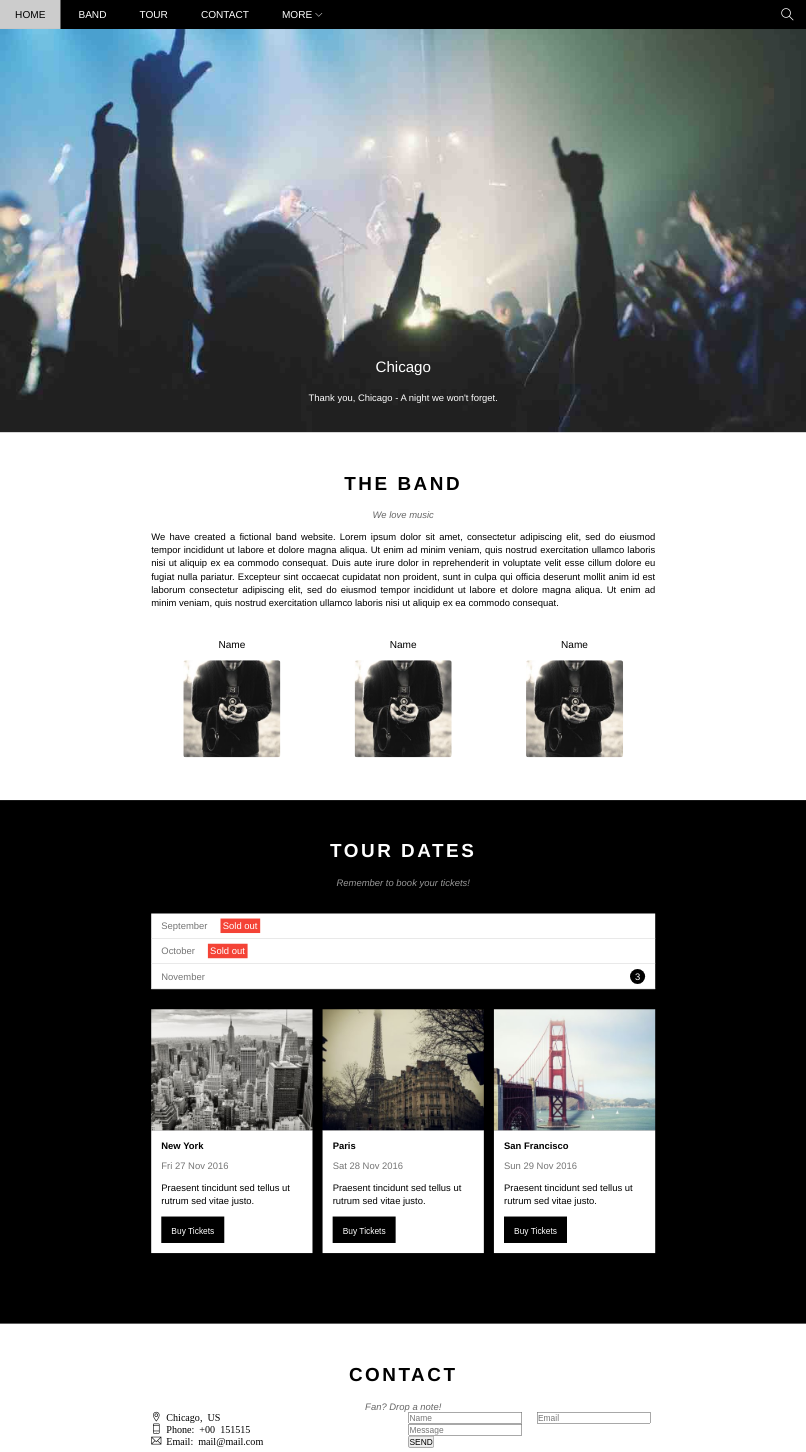
Repository: phongngotrong/w3school_reup
Page: index.html
These files come from the project's save history. The page is drawn as it stood at one moment and after the next save; the edit follows.
The browser window is 1280 px wide. The pictures show the whole page, at 63% of full size.

Above is the page before, as saved 2021-12-22 22:30:20.

After the next save:
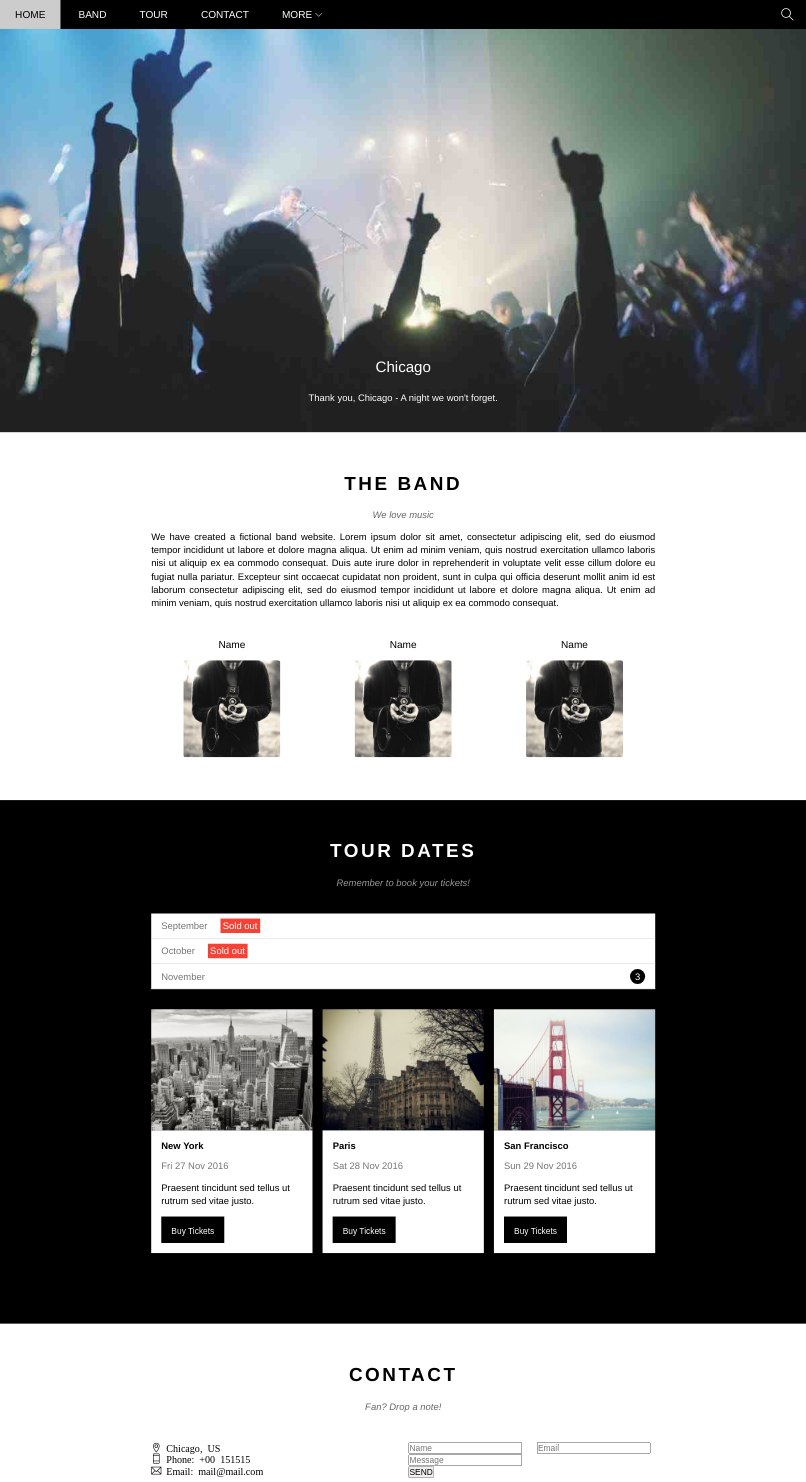
Saved 78 s later.
--- a/assets/css/style.css
+++ b/assets/css/style.css
@@ -419,6 +419,12 @@
 .modal-footer a {
   color: #2196f3;
 }
+
+/* Contact */
+.contact-content {
+  margin-top: 48px;
+}
+
 /* footer section */
 
 #footer {
